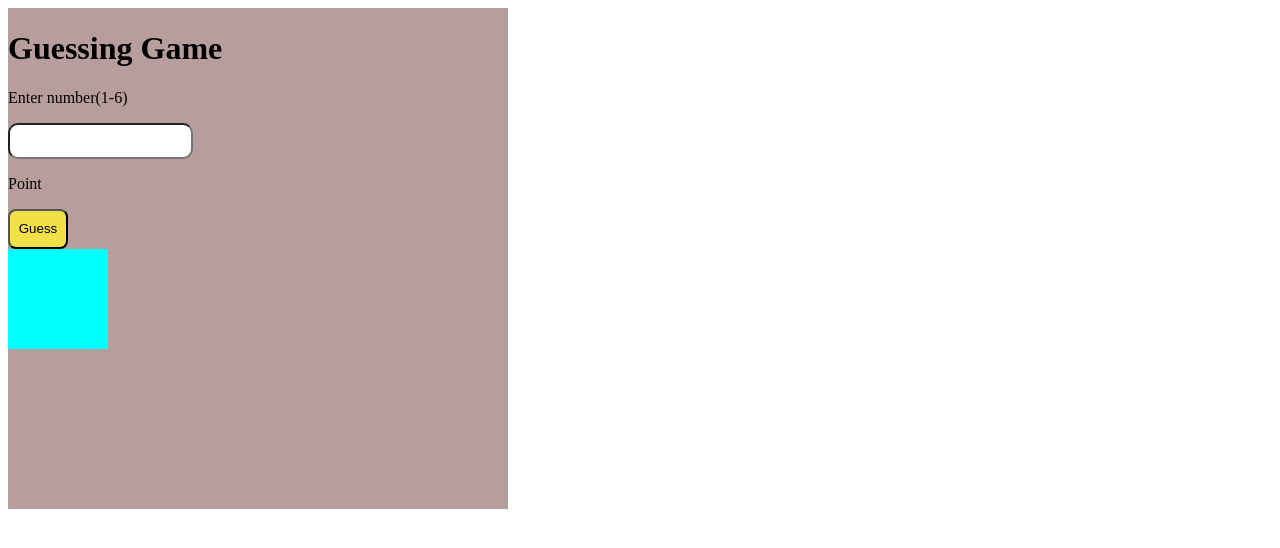
Repository: sedashahnazaryan/Guessing-Game
Page: index.html
The author's editor kept a copy of each file at every save. The page is drawn from the files as they stood at one save, then again after the next save.
The browser window is 1280 px wide. The pictures show the whole page.

Above is the page before, as saved 2022-02-23 19:37:23.

After the next save:
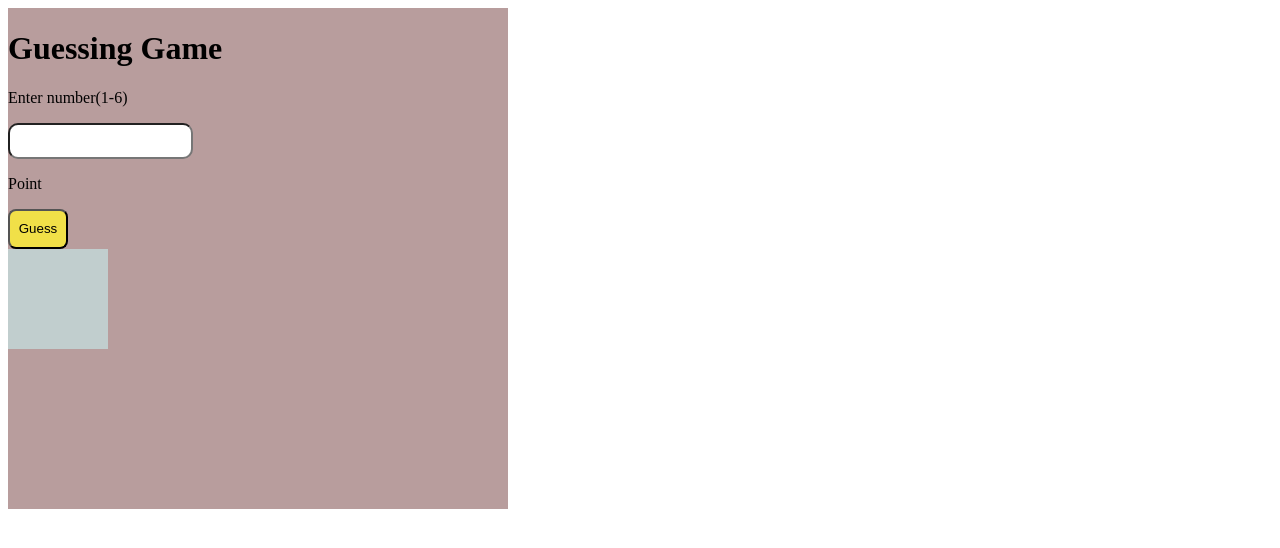
Saved 7 s later.
--- a/index.css
+++ b/index.css
@@ -18,5 +18,5 @@
 .table{
     height: 100px;
     width: 100px;
-    background-color: aqua;
+    background-color: rgb(193, 206, 206);
 }
